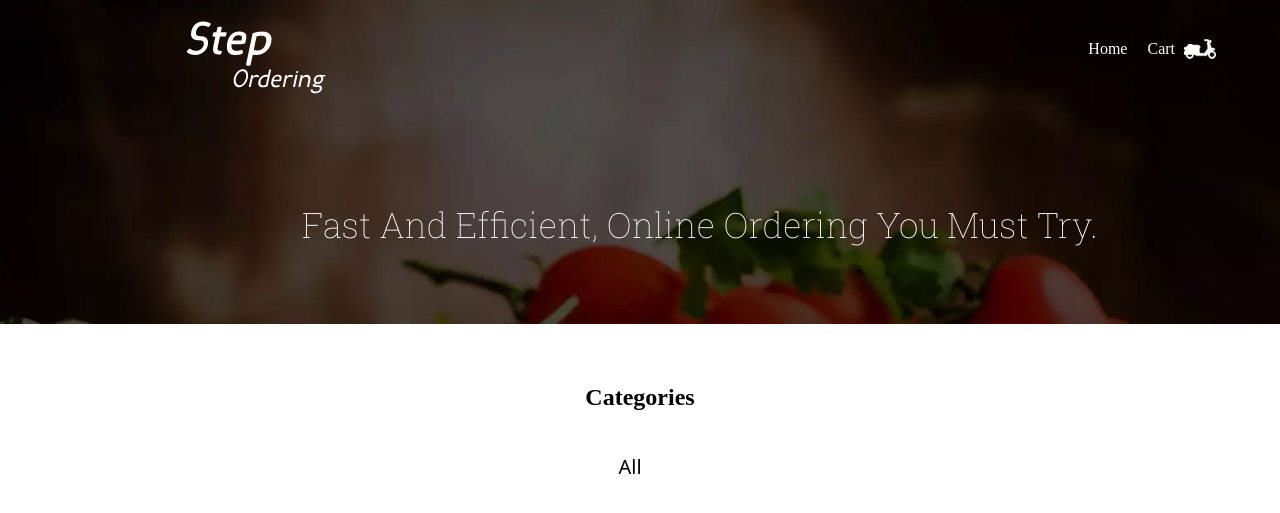
Repository: anastasia29-step/Online-Restaurant
Page: index.html
These files come from the project's save history. The page is drawn as it stood at one moment and after a run of saves; the edit follows.
The browser window is 1280 px wide. The pictures show the whole page.

Above is the page before, as saved 2026-03-09 16:44:40.
Not found: app.js/

After the next 2 saves:
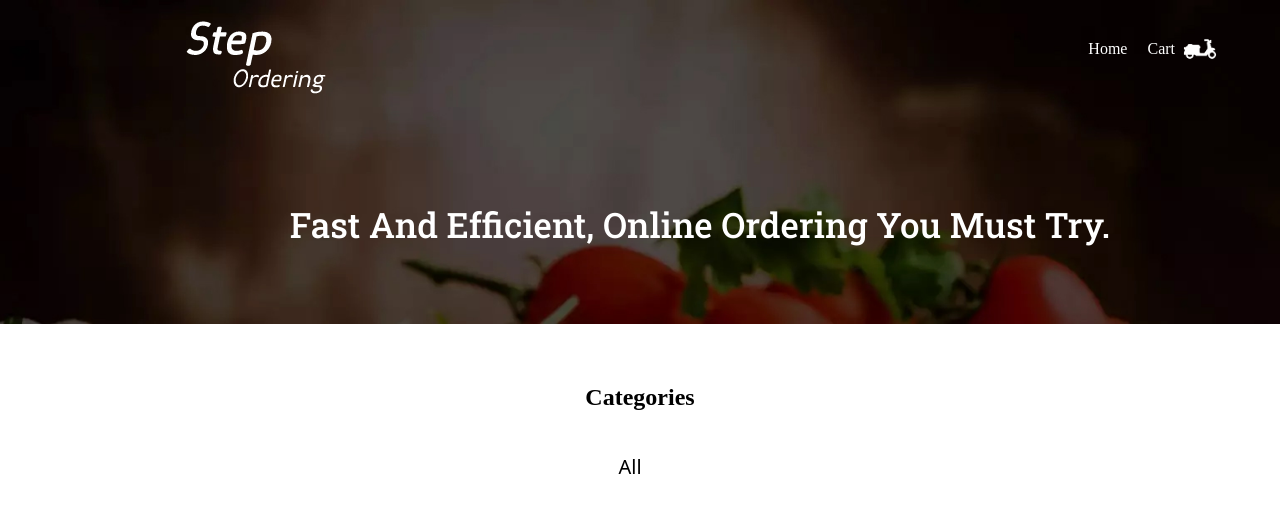
The 2 saves are shown as one change because they came seconds apart.
The last was saved 7 s later.
--- a/style.css
+++ b/style.css
@@ -68,7 +68,7 @@ ul::after{
     margin-top: 100px;
     margin-right: 50px;
     font-size: 35px;
-    font-weight: 100;
+    font-weight: 500;
     font-family: "Roboto Slab", serif;
 }
 
